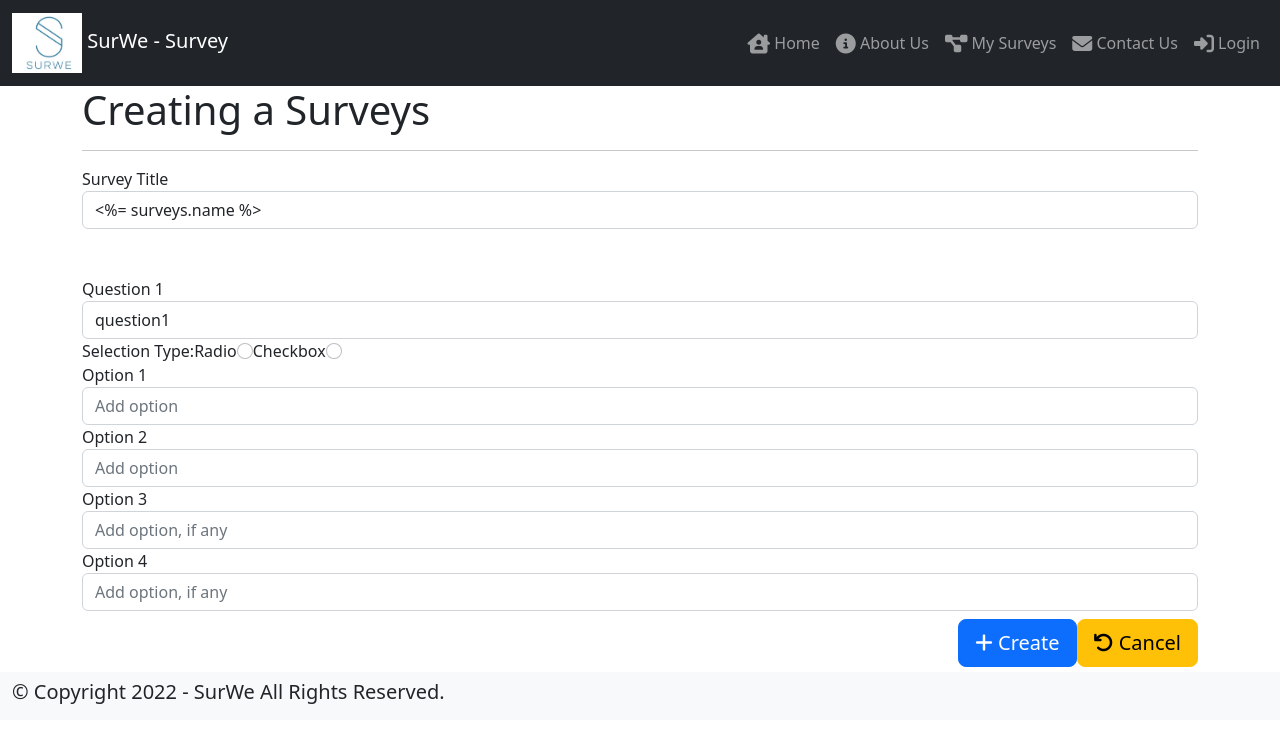
Repository: ryanchandata/comp229-m2022-group6-frontend
Page: /add
The author's editor kept a copy of each file at every save. The page is drawn from the files as they stood at one save, then again after the next save.
The browser window is 1280 px wide. The pictures show the whole page.
The project was rebuilt for these pictures with package versions that can differ from the ones it lists, and the page was loaded fresh each time. Also part of the build but not shown: src/content/home.tsx, src/content/about.tsx, src/content/contact.tsx, src/survey-list/landing.tsx, src/survey-list/edit.tsx, src/content/PageNotFound.tsx, src/authentication/login.tsx, src/authentication/logout.tsx and 1 more.

Above is the page before, as saved 2022-07-29 20:28:42.

After the next save:
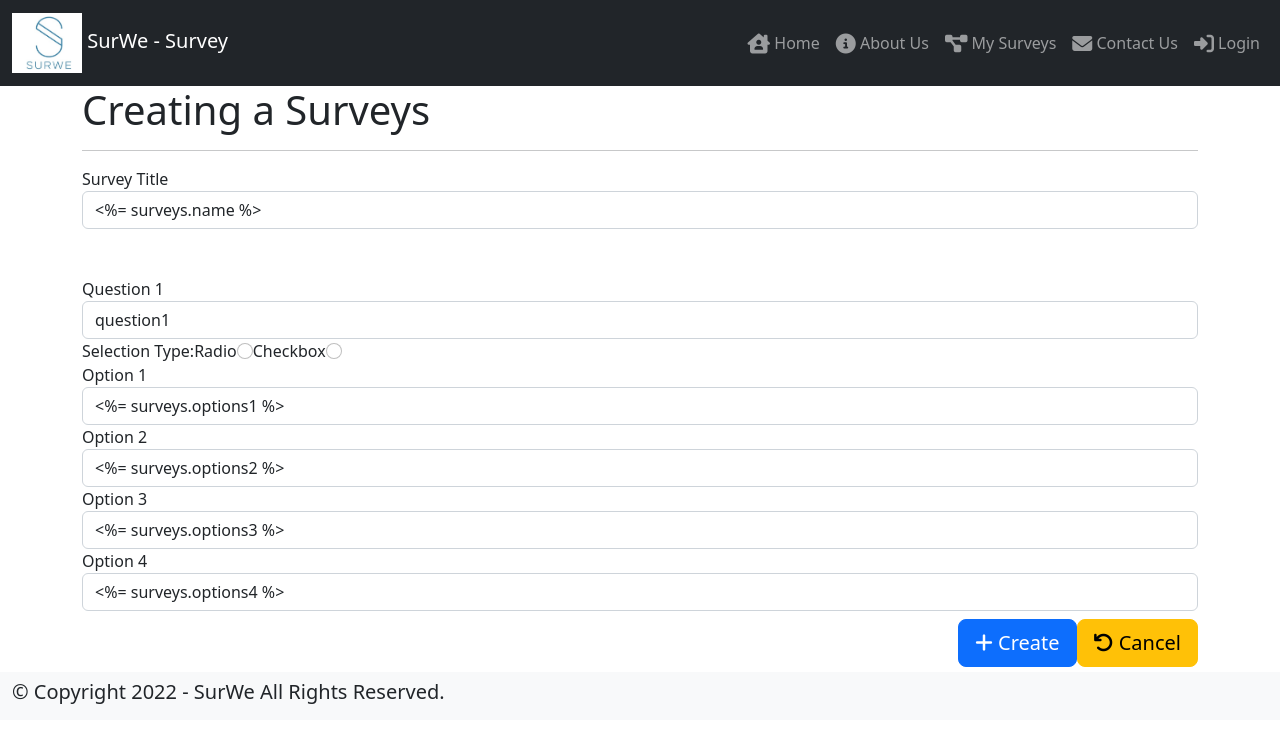
Saved 58 s later.
--- a/src/survey-list/add.tsx
+++ b/src/survey-list/add.tsx
@@ -25,13 +25,13 @@ function Add()
                     <input type="radio" className="form-check-input" id="optionType1" name="optionType1" value="checkbox" required></input>
                     </label><br />
                     <label htmlFor="option1">Option 1</label>
-                    <input type="text" className="form-control" placeholder="Add option" id="options1" name="options1" value="" required></input>
+                    <input type="text" className="form-control" placeholder="Add option" id="options1" name="options1" value="<%= surveys.options1 %>" required></input>
                     <label htmlFor="option2">Option 2</label>
-                    <input type="text" className="form-control" placeholder="Add option" id="options2" name="options2" value="" required></input>
+                    <input type="text" className="form-control" placeholder="Add option" id="options2" name="options2" value="<%= surveys.options2 %>" required></input>
                     <label htmlFor="option3">Option 3</label>
-                    <input type="text" className="form-control" placeholder="Add option, if any" id="options3" name="options3" value="" ></input>
+                    <input type="text" className="form-control" placeholder="Add option, if any" id="options3" name="options3" value="<%= surveys.options3 %>" ></input>
                     <label htmlFor="option4">Option 4</label>
-                    <input type="text" className="form-control" placeholder="Add option, if any" id="options4" name="options4" value="" ></input>
+                    <input type="text" className="form-control" placeholder="Add option, if any" id="options4" name="options4" value="<%= surveys.options4 %>" ></input>
                 </div>
                 <div className="text-end mt-2">
                         <button id="submitButton" type="submit" className="btn btn-primary btn-lg"><i className="fa-solid fa-plus"></i> Create</button>
